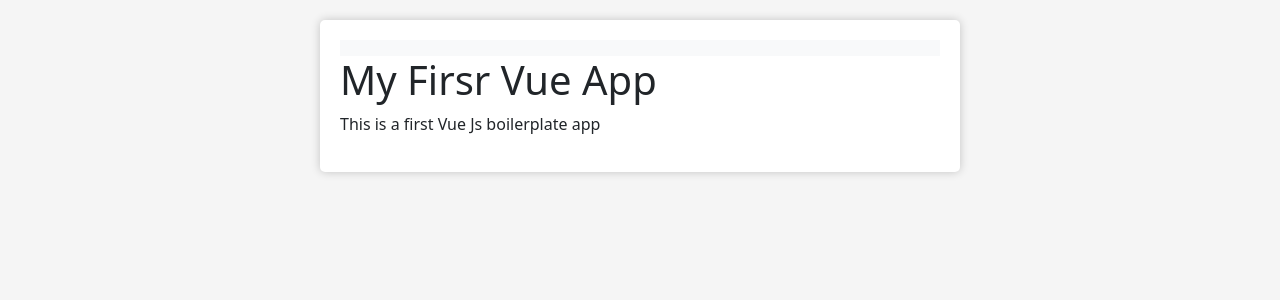
Repository: feyroozecode/intro-vue3-app
Page: index.html
These files come from the project's save history. The page is drawn as it stood at one moment and after the next save; the edit follows.
The browser window is 1280 px wide. The pictures show the whole page.

Above is the page before, as saved 2023-08-13 10:36:32.

After the next save:
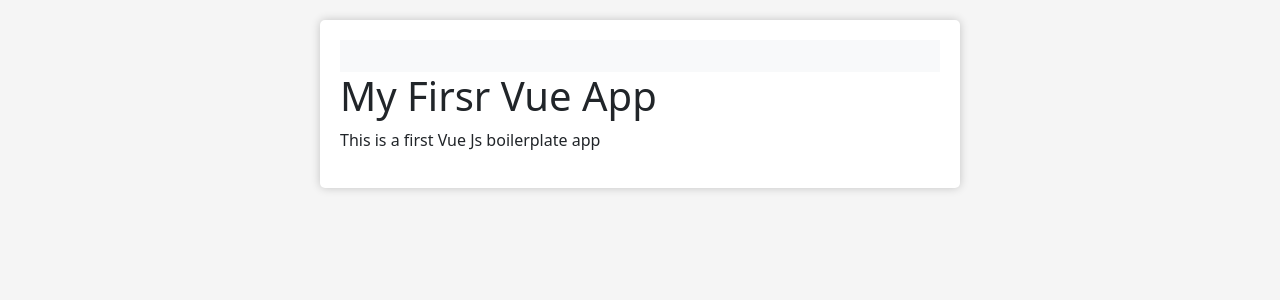
Saved 12 s later.
--- a/index.html
+++ b/index.html
@@ -28,7 +28,7 @@
     <div id="app">
         <nav class="navbar navbar-expand-lg navbar-light bg-light">
             <div class="container-fluid">
-                <a href="#" class=""></a>
+                <a href="#" class="navbar brand"></a>
             </div>
         </nav>
         <h1> {{ title }} </h1>
